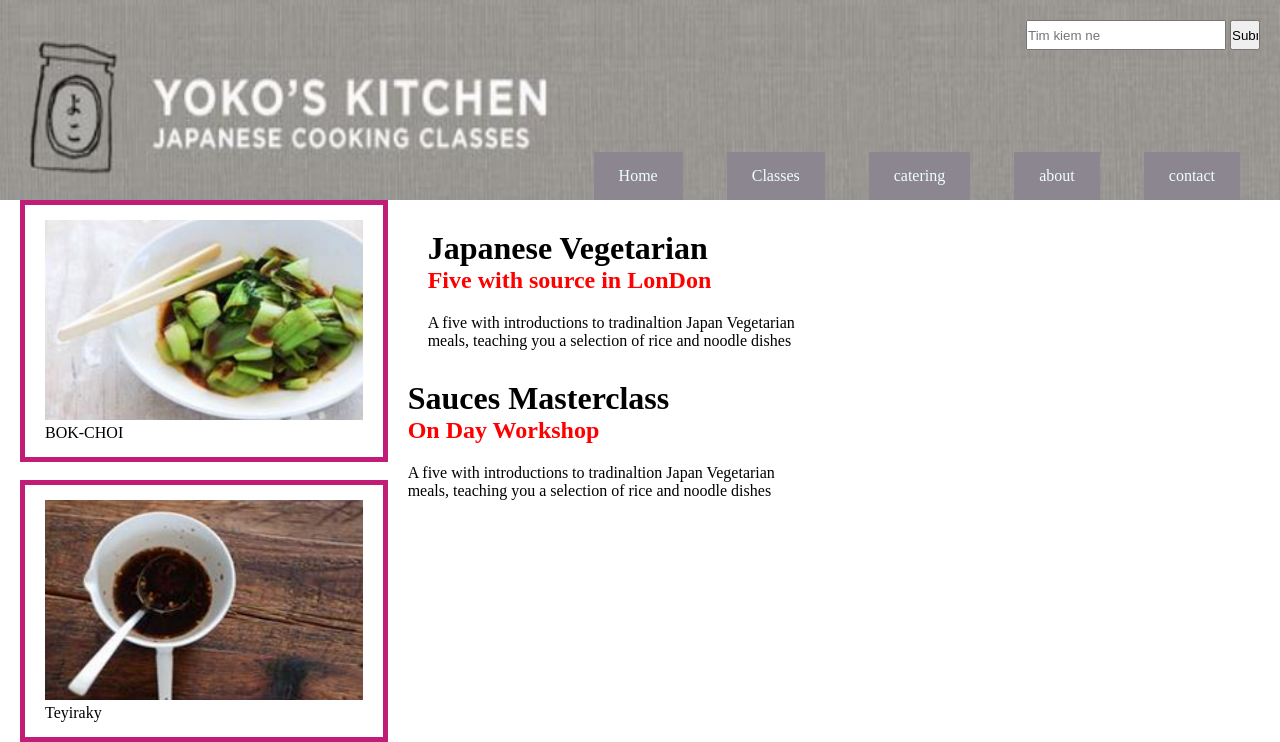
Repository: huy352002/20012931-Tr-n-Quang-Huy
Page: bt2.html
An editor plug-in stored every save of this project. The page is shown before and after the next save, followed by the edit.
The browser window is 1280 px wide. The pictures show the whole page.

Above is the page before, as saved 2022-09-30 10:27:32.

### bt2.html
<!DOCTYPE html>
<html lang="en">

<head>
    <meta charset="UTF-8">
    <meta http-equiv="X-UA-Compatible" content="IE=edge">
    <meta name="viewport" content="width=device-width, initial-scale=1.0">
    <title>Document</title>
    <link rel="stylesheet" href="/bt2.css">
</head>

<body>
    <div class="header">
        <div class="background">

            <ul>
                <li> <a href="">Home</a> </li>
                <li> <a href="">Classes</a> </li>
                <li> <a href="">catering</a> </li>
                <li> <a href="">about</a> </li>
                <li> <a href="">contact</a> </li>
            </ul>
        </div>

        <form class="form" action="">
            <input class="form_a" type="text" placeholder="Tim kiem ne">
            <input class="form_b" type="submit">
        </form>
    </div>


    <div class="container">

        <div class="body1">
            <div class="sub1">
                <div class="img_boder">
                    <img class="img" src="/img1.png">
                    <p>BOK-CHOI</p>
                </div>
                <br>
                <div class="img_boder">
                    <img class="img" src="/img2.png" alt="">
                    <p>Teyiraky</p>
                </div>
            </div>


            <div class="sub2">
                <div class="P_1">
                    <div class="nav_P1">
                        <H1>Japanese Vegetarian</H1>
                        <H2>Five with source in LonDon</H2>

                    </div>
                    <p>A five with introductions to tradinaltion Japan Vegetarian meals, teaching you a selection of rice and noodle dishes</p>
                </div>

                <div class="P_2">
                    <div class="nav_P1">
                        <H1>Sauces Masterclass</H1>

                        <H2>On Day Workshop</H2>

                    </div>
                    <p>A five with introductions to tradinaltion Japan Vegetarian meals, teaching you a selection of rice and noodle dishes</p>
                </div>
            </div>

        </div>
    </div>



    <div class="body2"></div>
    </div>


    <div class="footer"></div>
</body>

</html>

### bt2.css
* {
    margin: 0;
    padding: 0%;
    box-sizing: border-box;
}

.header {
    width: 100%;
    height: 200px;
    position: relative;
    background-image: url(/backgroun.png);
    background-repeat: no-repeat;
    background-size: 100% 100%;
}

.header ul {
    position: absolute;
    right: 0;
    bottom: 0;
    margin: 0 20px;
}

.header ul li {
    display: inline-block;
    padding: 15px 25px;
    background-color: rgb(139, 134, 144);
    right: 0;
    top: 0;
    margin: 0 20px;
}

.header ul li a {
    text-decoration: none;
    color: azure;
}

.header ul li a:hover {
    color: rgb(8, 8, 8);
}

.form {
    position: absolute;
    right: 0;
    top: 0;
    margin: 20px 20px;
}

.form_a {
    width: 200px;
    height: 30px;
}

.form_b {
    width: 30px;
    height: 30px;
}

.container {
    width: 100%;
    height: auto;
    position: relative;
}

.body1 {
    position: relative;
    width: 65%;
    height: auto;
}

.sub1 {
    position: relative;
    width: 49%;
    display: inline-block;
}

.img {
    width: 100%;
    height: 200px;
}

.img_boder {
    border: 5px solid rgb(193, 29, 119);
    padding: 15px 20px;
    margin: 0 20px;
}

.sub2 {
    display: inline-block;
    position: absolute;
    width: 49%;
}

.P_1 {
    margin: 20px 10px;
    padding: 10px 10px;
}

.nav_P1 {
    margin-bottom: 20px;
}

.nav_P1 h2,
.P_2 h2 {
    color: red;
}

.body2 {
    position: absolute;
    width: 35%;
    height: auto;
}

After the next save:
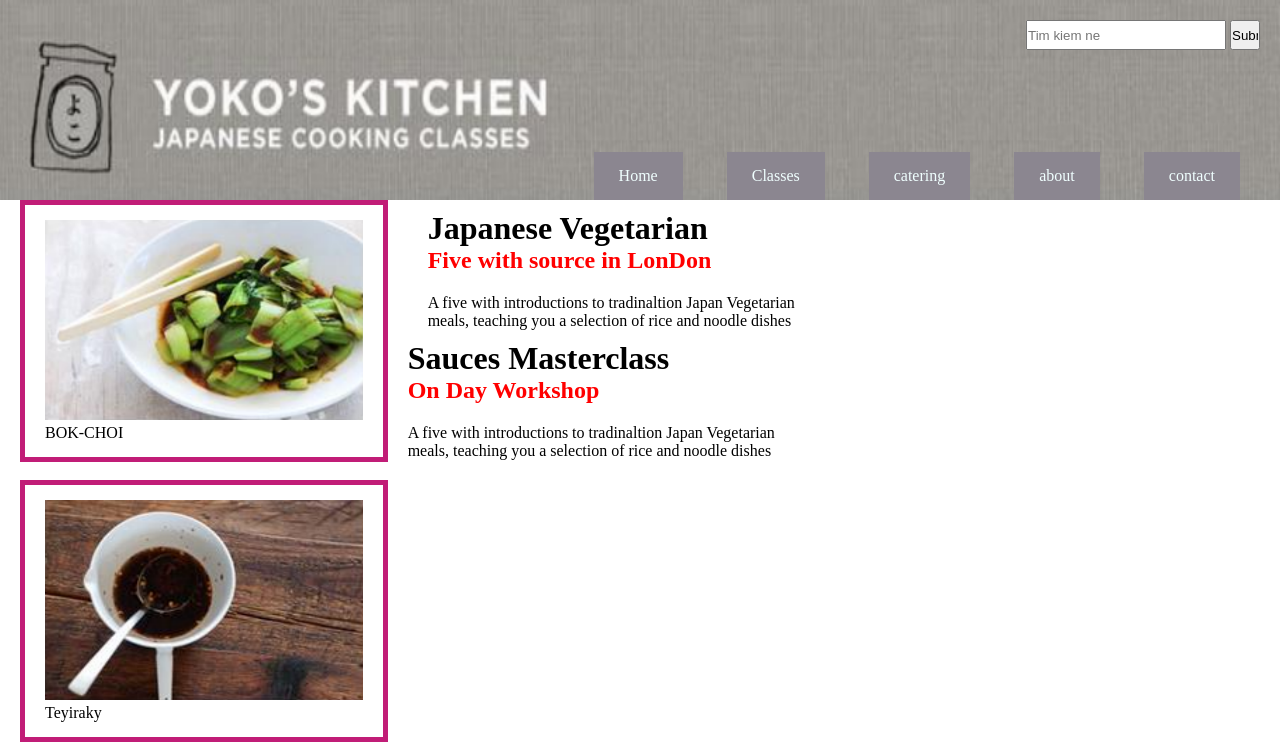
Saved 17 s later.
--- a/bt2.css
+++ b/bt2.css
@@ -104,6 +104,11 @@
     color: red;
 }
 
+.P_1 {
+    margin: 0 10px;
+    padding: 10px 10px;
+}
+
 .body2 {
     position: absolute;
     width: 35%;
